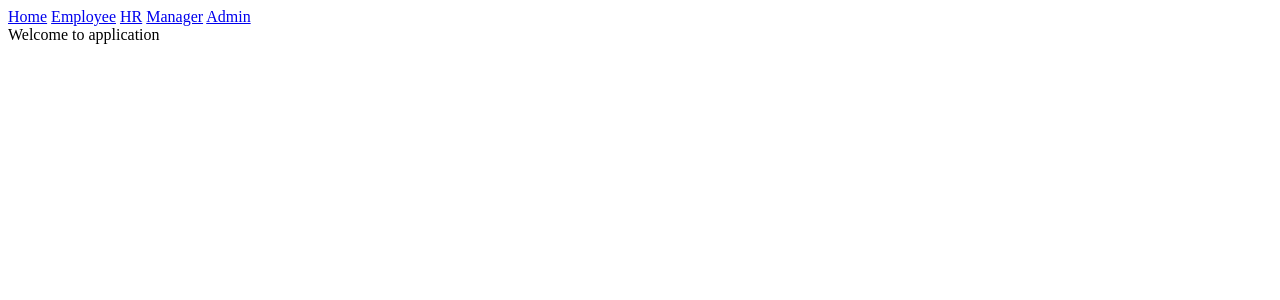
Repository: UppalaNagasreeRanjani/fullstack98
Page: http://localhost/WebSecurity/
The author's editor kept a copy of each file at every save. The page is drawn from the files as they stood at one save, then again after the next save.
The browser window is 1280 px wide. The pictures show the whole page.
The page is served by Tomcat 9. Nobody is signed in. The application's start-up code is not run.

Above is the page before, as saved 2020-02-14 07:01:37.

After the next save:
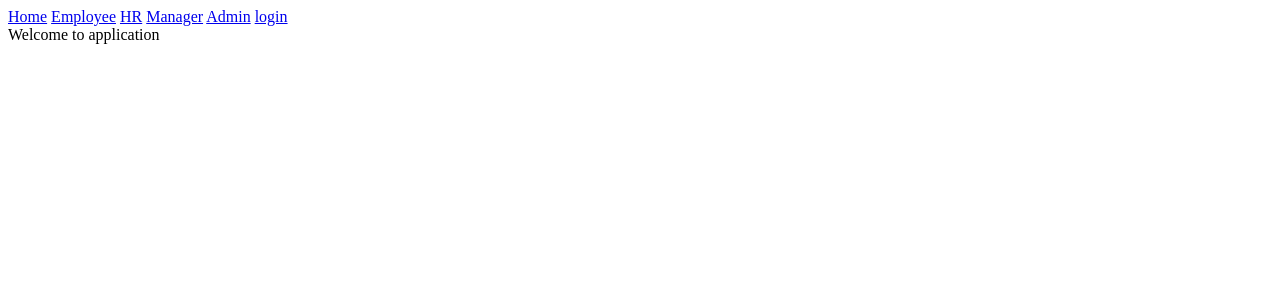
Saved 10 min 6 s later.
--- a/WebSecurity/WebContent/header.jsp
+++ b/WebSecurity/WebContent/header.jsp
@@ -12,4 +12,5 @@
 	<a href ="hr.jsp">HR</a>
 	<a href ="manager.jsp">Manager</a>
 	<a href ="admin.jsp">Admin</a>
+	<a href="loginnew.jsp">login</a>
 	<br />
